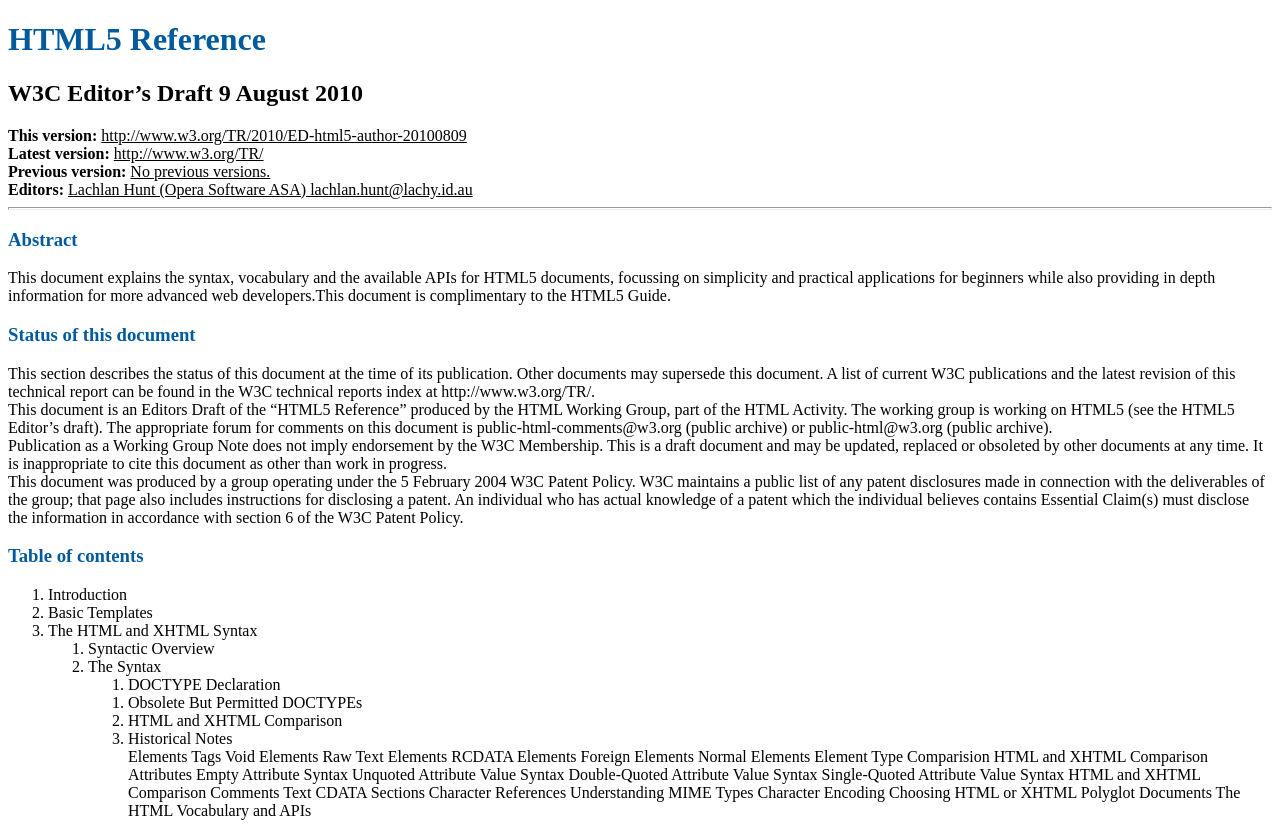
Repository: sinsujung/client
Page: ClientTest/src/main/webapp/문제/ex05.html
These files come from the project's save history. The page is drawn as it stood at one moment and after the next save; the edit follows.
The browser window is 1280 px wide. The pictures show the whole page.

Above is the page before, as saved 2023-09-20 08:27:34.

### ClientTest/src/main/webapp/문제/ex05.html
<!DOCTYPE html>
<html>
<head>
<meta charset="UTF-8">
<title>Insert title here</title>
</head>
<body>
<h1><font color="#005A9C">HTML5 Reference</font></h1>
<h2>W3C Editor’s Draft 9 August 2010</h2>
<strong>This version:</strong>
<u>http://www.w3.org/TR/2010/ED-html5-author-20100809</u>
<br>
<strong>Latest version:</strong>
<u>http://www.w3.org/TR/</u>
<br>
<strong>Previous version:</strong>
<u>No previous versions.</u>
<br>
<strong>Editors:</strong>
<u>Lachlan Hunt (Opera Software ASA) lachlan.hunt@lachy.id.au</u>
<br>
<hr size = "3">
<h3><font color="#005A9C">Abstract</font></h3>
This document explains the syntax, vocabulary and the available APIs for HTML5 documents, focussing on simplicity and practical applications for beginners while also providing in depth information for more advanced web developers.This document is complimentary to the HTML5 Guide.
<br>
<h3><font color="#005A9C">Status of this document</font></h3>
This section describes the status of this document at the time of its publication. Other documents may supersede this document. A list of current W3C publications and the latest revision of this technical report can be found in the W3C technical reports index at http://www.w3.org/TR/.
<br>
This document is an Editors Draft of the “HTML5 Reference” produced by the HTML Working Group, part of the HTML Activity. The working group is working on HTML5 (see the HTML5 Editor’s draft). The appropriate forum for comments on this document is public-html-comments@w3.org (public archive) or public-html@w3.org (public archive).
<br>
Publication as a Working Group Note does not imply endorsement by the W3C Membership. This is a draft document and may be updated, replaced or obsoleted by other documents at any time. It is inappropriate to cite this document as other than work in progress.
<br>
This document was produced by a group operating under the 5 February 2004 W3C Patent Policy. W3C maintains a public list of any patent disclosures made in connection with the deliverables of the group; that page also includes instructions for disclosing a patent. An individual who has actual knowledge of a patent which the individual believes contains Essential Claim(s) must disclose the information in accordance with section 6 of the W3C Patent Policy.
<br>
<h3><font color="#005A9C">Table of contents</font></h3>
<ol>
<li>Introduction</li>
<li>Basic Templates</li>
<li>The HTML and XHTML Syntax </li>
<ol>
<li>Syntactic Overview</li>
<li>The Syntax</li>
<ol>
<li>DOCTYPE Declaration</li>
</ol>
<ol>
	<li>Obsolete But Permitted DOCTYPEs</li>
	<li>HTML and XHTML Comparison</li>
	<li>Historical Notes</li>
Elements
Tags
Void Elements
Raw Text Elements
RCDATA Elements
Foreign Elements
Normal Elements
Element Type Comparision
HTML and XHTML Comparison
Attributes
Empty Attribute Syntax
Unquoted Attribute Value Syntax
Double-Quoted Attribute Value Syntax
Single-Quoted Attribute Value Syntax
HTML and XHTML Comparison
Comments
Text
CDATA Sections
Character References
Understanding MIME Types
Character Encoding
Choosing HTML or XHTML
Polyglot Documents
The HTML Vocabulary and APIs
</ol>
</body>
</html>

After the next save:
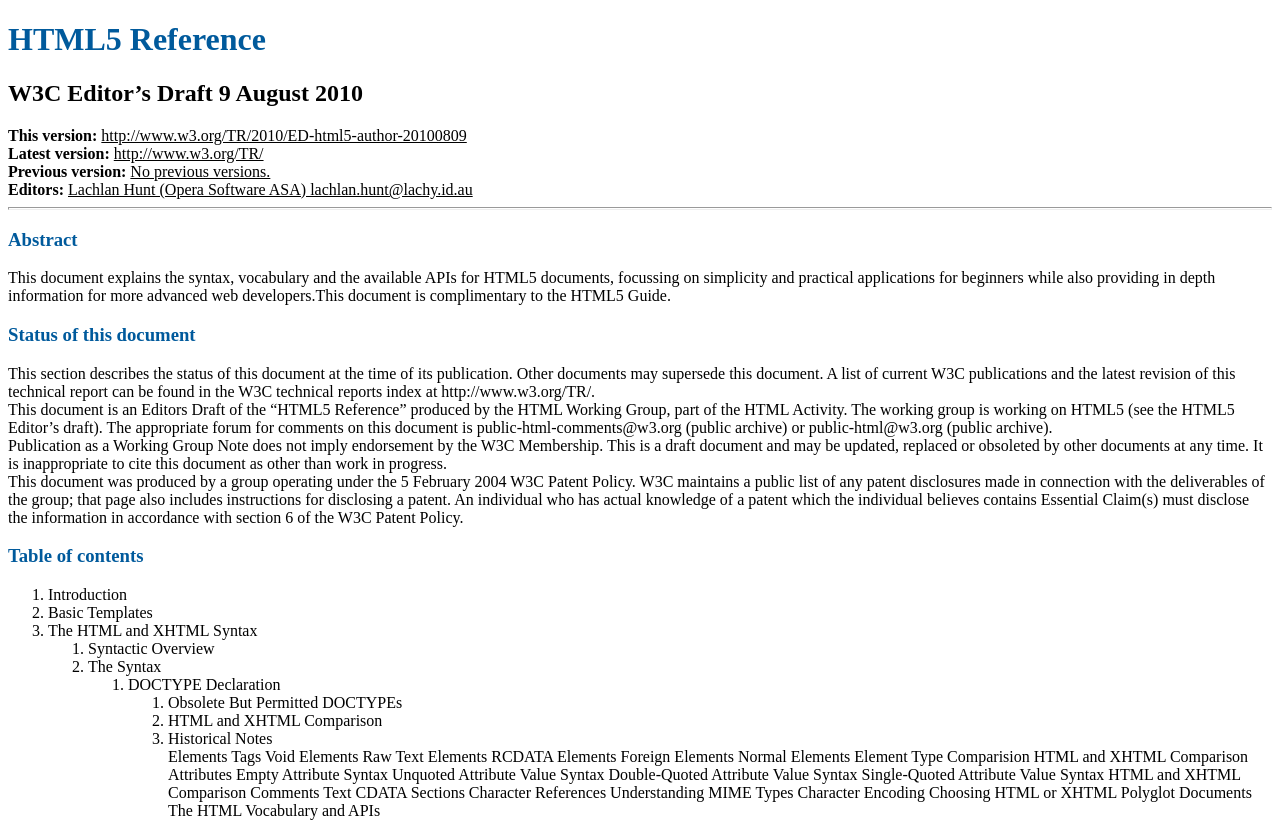
Saved 15 s later.
--- a/ClientTest/src/main/webapp/문제/ex05.html
+++ b/ClientTest/src/main/webapp/문제/ex05.html
@@ -42,7 +42,6 @@ This document was produced by a group operating under the 5 February 2004 W3C Pa
 <li>The Syntax</li>
 <ol>
 <li>DOCTYPE Declaration</li>
-</ol>
 <ol>
 	<li>Obsolete But Permitted DOCTYPEs</li>
 	<li>HTML and XHTML Comparison</li>
